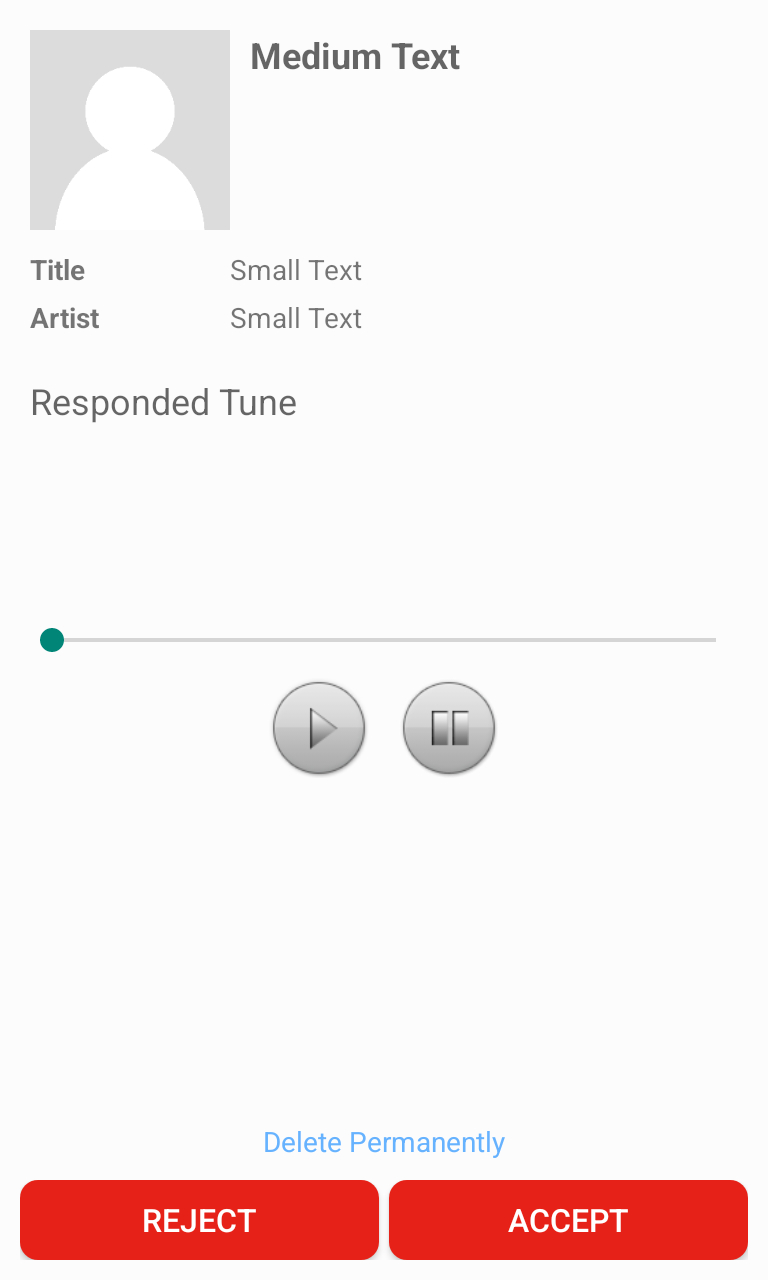
Repository: savindra/cutting-edge
Layout: Humzearch/res/layout/view_response_item.xml
An editor plug-in stored every save of this project. The layout is shown before and after the next save, followed by the edit.
Pictures or frames that could not be fetched are drawn as grey boxes. It is drawn on a 768 x 1280 px phone screen (xhdpi) without system bars, with theme AppTheme.BackButton; the app's code is not run.

Above is the layout before, as saved 2015-06-15 18:41:24.

After the next save:
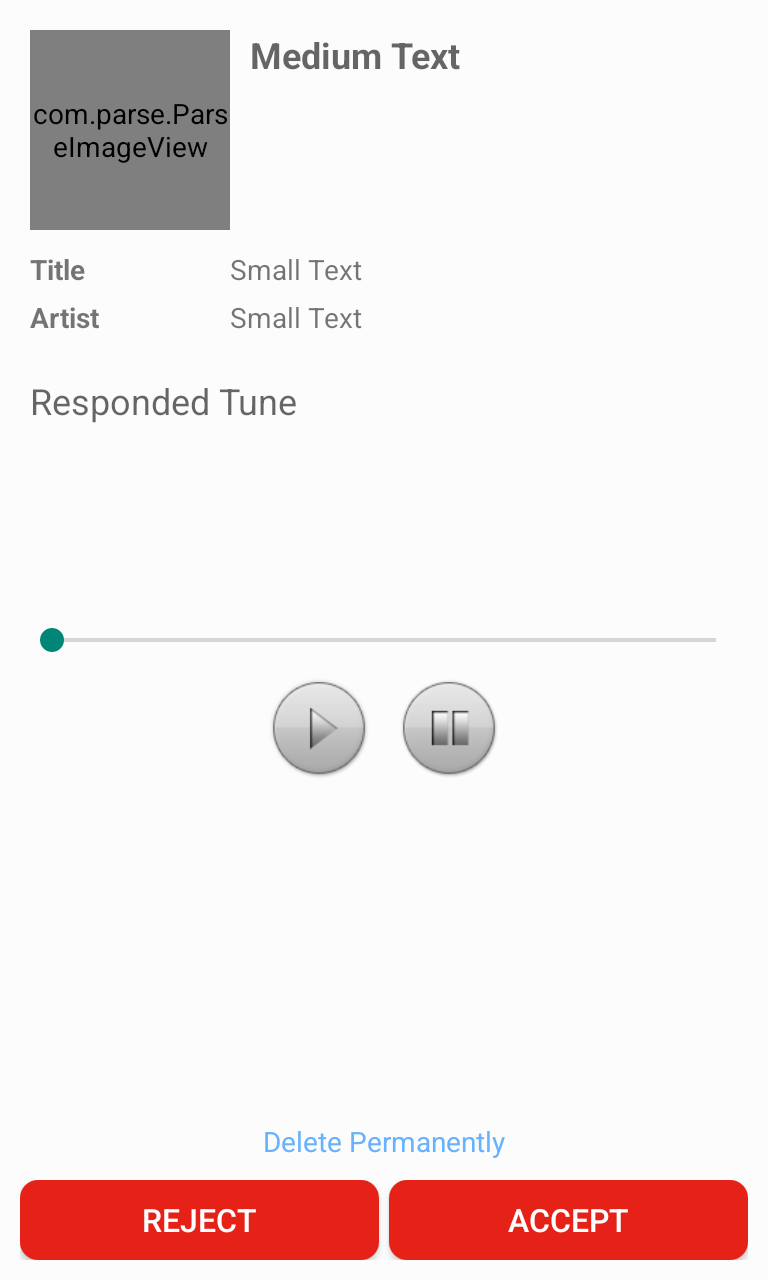
Saved 4 min 53 s later.
--- a/Humzearch/res/layout/view_response_item.xml
+++ b/Humzearch/res/layout/view_response_item.xml
@@ -10,7 +10,7 @@
     android:background="@color/background"
     android:orientation="vertical" >
 
-    <ImageView
+    <com.parse.ParseImageView
         android:id="@+id/imgViewResponseItemUser"
         android:layout_width="100dp"
         android:layout_height="100dp"
